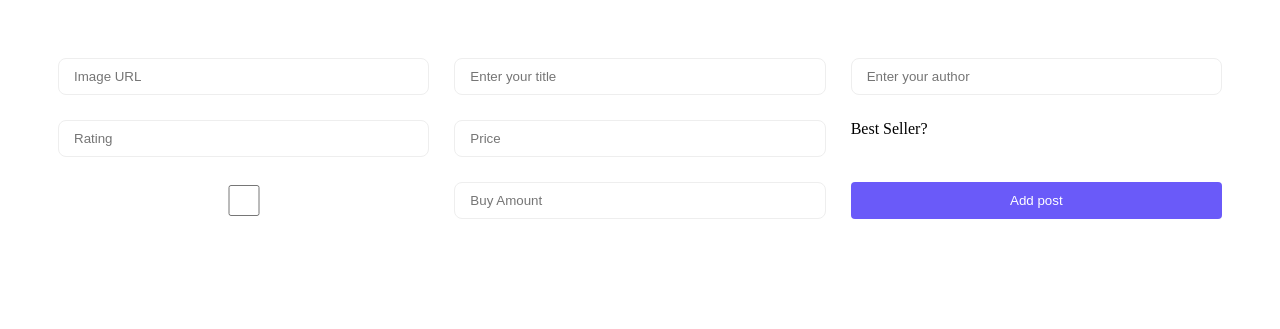
Repository: thuan711/All-about-JS
Page: api/api.html
The author's editor kept a copy of each file at every save. The page is drawn from the files as they stood at one save, then again after the next save.
The browser window is 1280 px wide. The pictures show the whole page.
The page's requests for data from a server got no answer.

Above is the page before, as saved 2023-01-23 09:52:03.
Console error: TypeError: Cannot read properties of null (reading 'addEventListener')

### api/api.html
<!DOCTYPE html>
<html lang="en">
<head>
    <meta charset="UTF-8">
    <meta http-equiv="X-UA-Compatible" content="IE=edge">
    <meta name="viewport" content="width=device-width, initial-scale=1.0">
    <title>Document</title>
    <!-- <style>
        .joke {
            display: flex;
            flex-direction: column;
            justify-content: center;
            align-items: center;
            padding: 100px 50px;
            border-radius: 8px;
            border: 1px solid #eee;
          }
          .joke-heading {
            font-size: 30px;
            font-weight: 500;
            line-height: 1.5;
            margin-bottom: 30px;
            text-align: center;
          }
          .joke-button {
            border: 0;
            outline: none;
            display: block;
            cursor: pointer;
            padding: 0 30px;
            border-radius: 8px;
            color: white;
            background-color: #20e3b2;
            position: relative;
            height: 55px;
            width: 100%;
            max-width: 200px;
          }
          .loader {
            width: 20px;
            height: 20px;
            border: 3px solid white;
            border-left: 3px solid transparent;
            border-radius: 50%;
            position: absolute;
            top: 50%;
            left: 50%;
            transform: translate(-50%, -50%);
            animation: spin 1s infinite linear forwards;
            display: none;
          }
          @keyframes spin {
            to {
              transform: translate(-50%, -50%) rotate(360deg);
            }
          }
          .joke.is-loading .joke-button {
            opacity: 0.5;
            pointer-events: none;
          }
          .joke.is-loading .joke-button .loader {
            display: block;
          }
          .joke.is-loading .joke-button span {
            display: none;
          }
    </style> -->
    <style>
        .images {
            padding: 50px;
            display: grid;
            grid-template-columns: repeat(4, 1fr);
            grid-gap: 25px;
          }
          .image-item {
            height: 220px;
            padding: 10px;
            border-radius: 10px;
            background-color: white;
            border: 1px solid #eee;
          }
          .image-item img {
            width: 100%;
            height: 100%;
            object-fit: cover;
          }
          .load-more {
            display: block;
            width: max-content;
            padding: 15px 30px;
            border-radius: 4px;
            color: white;
            background-color: #6a5af9;
            border: 0;
            margin: 25px auto;
          }
          .image-loader {
            position: fixed;
            top: 50%;
            left: 50%;
            transform: translate(-50%, -50%);
            animation: spin 1s infinite linear forwards;
            width: 50px;
            height: 50px;
            border: 5px solid #6a5af9;
            border-right: 5px solid transparent;
            border-radius: 50%;
          }
          @keyframes spin {
            to {
              transform: translate(-50%, -50%) rotate(360deg);
            }
          }
          /*json placeholder*/
          .form-post {
            display: grid;
            grid-template-columns: 1fr 1fr 1fr;
            gap: 25px;
            padding: 50px;
          }
          .form-post input {
            padding: 10px 15px;
            border: 1px solid #eee;
            border-radius: 8px;
          }
          .form-post button {
            background-color: #6a5af9;
            color: white;
            border: 0;
            outline: none;
            padding: 10px 15px;
            border-radius: 4px;
          }
          .course-list {
            display: grid;
            grid-template-columns: repeat(4, 1fr);
            grid-gap: 25px;
            padding: 25px;
          }
          .course-image {
            height: 300px;
            position: relative;
          }
          .course-remove {
            display: inline-block;
            padding: 10px;
            cursor: pointer;
            background-color: #ff6651;
            color: white;
            border: none;
            outline: none;
            position: absolute;
            right: 10px;
            top: 10px;
          }
          .course-remove i {
            pointer-events: none;
          }
          .course-image img {
            border-radius: 8px;
            width: 100%;
            height: 100%;
            object-fit: cover;
          }
          .course-title {
            margin-top: 10px;
            margin-bottom: 10px;
            line-height: 1.25;
            font-weight: 500;
          }
          .course-author {
            font-size: 13px;
            color: #999;
            font-weight: 300;
            margin-bottom: 15px;
          }
          .course-best-seller {
            display: inline-block;
            padding: 10px 15px;
            color: #ff6651;
            background-color: #ff655113;
          }
          .course-meta {
            display: flex;
            align-items: center;
            margin-bottom: 15px;
            gap: 0 10px;
          }
          .course-enroll {
            font-size: 13px;
            color: #999;
            font-weight: 300;
          }
    </style>

</head>
<body>
    <!-- <div class="joke">
        <h1 class="joke-heading"></h1>
        <button class="joke-button">
            <div class="loader"></div>
            <span>Get random joke</span>
          </button>

    </div> -->
    <!-- <div class="username"></div> -->

    <!-- <div class="images">
        <div class="image-loader"></div>
        <img src="https://source.unsplash.com/random" alt="">
    </div>
    <button class="load-more">Load more</button> -->
    <!-- <form class="form-post">
        <input type="text" name="title" placeholder="Enter your title">
        <input type="text" name="author" placeholder="Enter your author"/>
        <button type="submit">Add post</button>
    </form>
    <script src="./placeholder.js"></script> -->
    <form class="form-post">
        <input type="text" name="image" placeholder="Image URL">
        <input type="text" name="title" placeholder="Enter your title">
        <input type="text" name="author" placeholder="Enter your author">
        <input type="number" name="rating" placeholder="Rating" min="1" max="5">
        <input type="number" name="price" placeholder="Price">
        <label for="best-seller">Best Seller?</label>
        <input type="checkbox" name="bestSeller">
        <input type="number" name="buyAmount" placeholder="Buy Amount">
        <button type="submit">Add post</button>
    </form>
    <div class="course-list">

    </div>
    <script src="./placeholder.js"></script>
</body>
</html>

### api/placeholder.js
// // async function addPost(title, author){
// //     const response = await fetch('http://localhost:3000/posts', {
// //     method: "POST",
// //     body: JSON.stringify({

// //         title,
// //         author,

// //     }),
// //     headers: {
// //         'Content-type': 'application/json; charset=UTF-8',
// //     },
// //     })
// //     .then((response) => response.json())
// //     .then((json) => console.log(json));
// //     console.log(response);
// //     return response;
// // }
// // const formPost = document.querySelector(".form-post");
// // formPost.addEventListener("submit", function(e){
// //     e.preventDefault();
// //     const title = this.elements["title"].value;
// //     const author = this.elements["author"].value;
// //     addPost(title, author);
// // })
// // const course = {
// //     image: "",
// //     title: "",
// //     author: "",
// //     rating: "",
// //     price: "",
// //     bestSeller: "",
// //     buyAmount: "",
// // }
// const endPoint = "http://localhost:3000/posts";
// const courseList = document.querySelector(".course-list");
// const formSubmit = document.querySelector(".form-submit");
// const filterInput = document.querySelector(".filter");
// async function addNewCourse({
//     image,
//     title,
//     author,
//     rating,
//     price,
//     bestSeller,
//     buyAmount,
// }) {
//     await fetch(endPoint, {
//         method: "POST",
//         body: JSON.stringify({
//             image,
//             title,
//             author,
//             rating,
//             price,
//             bestSeller,
//             buyAmount,
//         }),
//         headers: {
//             'Content-type': 'application/json; charset=UTF-8',
//         },
//     })
// }
// function renderItem(item) {
//     const template = `<div class="course-item">
//     <div class="course-image">
//       <img src="${item.image}" alt="" />
//       <button class="course-edit" data-id="${
//         item.id
//       }"><i class="fa fa-pencil" style="pointer-events: none;"></i></button>
//       <button class="course-remove" data-id="${
//         item.id
//       }"><i class="fa fa-times"></i></button>
//     </div>
//     <div class="course-content">
//       <h3 class="course-title">
//         ${item.title}
//       </h3>
//       <div class="course-author">${item.author}</div>
//       <div class="course-meta">
//         <div class="course-rating">${item.rating}</div>
//         <div class="course-enroll">${item.buyAmount}</div>
//       </div>
//       ${
//         item.bestSeller ? '<div class="course-best-seller">Best seller</div>' : ""
//       }
//     </div>`;
//     courseList.insertAdjacentHTML("beforeend", template);
// }

// async function getCourses(){
//     const response = await fetch(endPoint);
//     const data = await response.json();
//     if(data.length>0 && Array.isArray(data)){
//         data.forEach((item) =>  renderItem(item));

//     }
// }
// const formPost = document.querySelector(".form-post");
// formPost.addEventListener("submit",async function(e){
//     e.preventDefault();
//     const course = {
//         title: this.elements["title"].value,
//         author: this.elements["author"].value,
//         rating: this.elements["rating"].value,
//         price: this.elements["price"].value,
//         bestSeller: this.elements["bestSeller"].checked,
//         image: this.elements["image"].value,
//         buyAmount: this.elements["buyAmount"].value,
//     }
//     await addNewCourse(course);
//     this.reset;
// });

// const {image, title, author, rating...addPost.} = course;
const endpoint = "http://localhost:3456/courses";
const courseList = document.querySelector(".course-list");
const formPost = document.querySelector(".form-post");
const formSubmit = document.querySelector(".form-submit");
const filterInput = document.querySelector(".filter");
let updateId = null;
// git clone
function debounceFn(func, wait, immediate) {
  let timeout;
  return function () {
    let context = this,
      args = arguments;
    let later = function () {
      timeout = null;
      if (!immediate) func.apply(context, args);
    };
    let callNow = immediate && !timeout;
    clearTimeout(timeout);
    timeout = setTimeout(later, wait);
    if (callNow) func.apply(context, args);
  };
}

filterInput.addEventListener(
  "keydown",
  debounceFn(function (e) {
    let path = endpoint;
    if (e.target.value !== "") {
      path = `${endpoint}?title_like=${e.target.value}`;
    }
    getCourses(path);
  }, 500)
);

async function addNewCourse({
  image,
  title,
  author,
  rating,
  price,
  bestSeller,
  buyAmount,
}) {
  await fetch(endpoint, {
    method: "POST",
    body: JSON.stringify({
      image,
      title,
      author,
      rating,
      price,
      bestSeller,
      buyAmount,
    }),
    headers: {
      "Content-type": "application/json; charset=UTF-8",
    },
  });
}
async function updateCourse({
  id,
  image,
  title,
  author,
  rating,
  price,
  bestSeller,
  buyAmount,
}) {
  await fetch(`${endpoint}/${id}`, {
    method: "PUT",
    body: JSON.stringify({
      image,
      title,
      author,
      rating,
      price,
      bestSeller,
      buyAmount,
    }),
    headers: {
      "Content-type": "application/json; charset=UTF-8",
    },
  });
}

async function deleteCourse(id) {
  await fetch(`${endpoint}/${id}`, {
    method: "DELETE",
  });
}
async function getSingleCourse(id) {
  const response = await fetch(`${endpoint}/${id}`);
  const data = await response.json();
  return data;
}

function renderItem(item) {
  const template = `<div class="course-item">
  <div class="course-image">
    <img src="${item.image}" alt="" />
    <button class="course-edit" data-id="${
      item.id
    }"><i class="fa fa-pencil" style="pointer-events: none;"></i></button>
    <button class="course-remove" data-id="${
      item.id
    }"><i class="fa fa-times"></i></button>
  </div>
  <div class="course-content">
    <h3 class="course-title">
      ${item.title}
    </h3>
    <div class="course-author">${item.author}</div>
    <div class="course-meta">
      <div class="course-rating">${item.rating}</div>
      <div class="course-enroll">${item.buyAmount}</div>
    </div>
    ${
      item.bestSeller ? '<div class="course-best-seller">Best seller</div>' : ""
    }
  </div>`;
  courseList.insertAdjacentHTML("beforeend", template);
}

async function getCourses(link = endpoint) {
  const response = await fetch(link);
  const data = await response.json();
  courseList.innerHTML = "";
  if (data.length > 0 && Array.isArray(data)) {
    data.forEach((item) => renderItem(item));
  }
}

formPost.addEventListener("submit", async function (e) {
  e.preventDefault();
  const course = {
    title: this.elements["title"].value,
    author: this.elements["author"].value,
    rating: +this.elements["rating"].value,
    price: +this.elements["price"].value,
    image: this.elements["image"].value,
    bestSeller: this.elements["bestSeller"].checked,
    buyAmount: +this.elements["buyAmount"].value,
  };
  console.log(updateId);
  updateId
    ? await updateCourse({ id: updateId, ...course })
    : await addNewCourse(course);
  this.reset();
  await getCourses();
  updateId = null;
  formSubmit.textContent = "Add course";
});

courseList.addEventListener("click", async function (e) {
  if (e.target.matches(".course-remove")) {
    const id = +e.target.dataset.id;
    await deleteCourse(id);
    await getCourses();
  } else if (e.target.matches(".course-edit")) {
    const id = +e.target.dataset.id;
    const data = await getSingleCourse(id);
    formPost.elements["image"].value = data.image;
    formPost.elements["title"].value = data.title;
    formPost.elements["author"].value = data.author;
    formPost.elements["rating"].value = data.rating;
    formPost.elements["price"].value = data.price;
    formPost.elements["bestSeller"].checked = data.bestSeller;
    formPost.elements["buyAmount"].value = data.buyAmount;
    formSubmit.textContent = "Update course";
    updateId = id;
  }
});

getCourses();
// json-server --watch db.json
/**
 * Course
 * image
 * title
 * author
 * rating
 * price
 * bestSeller
 * buyAmount
 */

After the next save:
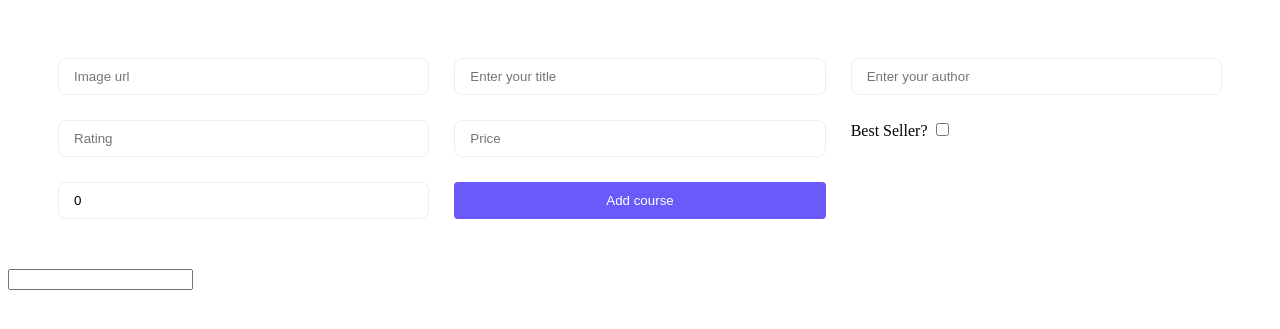
The error is gone.
Saved 117 s later.
--- a/api/api.html
+++ b/api/api.html
@@ -216,7 +216,7 @@
         <button type="submit">Add post</button>
     </form>
     <script src="./placeholder.js"></script> -->
-    <form class="form-post">
+    <!-- <form class="form-post">
         <input type="text" name="image" placeholder="Image URL">
         <input type="text" name="title" placeholder="Enter your title">
         <input type="text" name="author" placeholder="Enter your author">
@@ -229,7 +229,99 @@
     </form>
     <div class="course-list">
 
-    </div>
+    </div> -->
+    <form class="form-post" autocomplete="off">
+        <input type="text" name="image" placeholder="Image url" required />
+        <input type="text" name="title" placeholder="Enter your title" required />
+        <input
+          type="text"
+          name="author"
+          placeholder="Enter your author"
+          required
+        />
+        <input
+          type="text"
+          name="rating"
+          placeholder="Rating"
+          min="1"
+          max="5"
+          required
+        />
+        <input type="text" name="price" placeholder="Price" min="1" required />
+        <div>
+          <label for="best-seller">Best Seller?</label>
+          <input type="checkbox" name="bestSeller" id="best-seller" />
+        </div>
+        <input type="text" name="buyAmount" placeholder="Buy amount" value="0" />
+        <button type="submit" class="form-submit">Add course</button>
+      </form>
+      <input type="text" class="filter" name="filter" />
+      <div class="course-list">
+        <!-- <div class="course-item">
+          <div class="course-image">
+            <img src="https://source.unsplash.com/random" alt="" />
+          </div>
+          <div class="course-content">
+            <h3 class="course-title">
+              Lorem ipsum dolor sit amet consectetur adipisicing elit.
+            </h3>
+            <div class="course-author">Evondev</div>
+            <div class="course-meta">
+              <div class="course-rating">5</div>
+              <div class="course-enroll">1000</div>
+            </div>
+            <div class="course-best-seller">Best seller</div>
+          </div>
+        </div>
+        <div class="course-item">
+          <div class="course-image">
+            <img src="https://source.unsplash.com/random" alt="" />
+          </div>
+          <div class="course-content">
+            <h3 class="course-title">
+              Lorem ipsum dolor sit amet consectetur adipisicing elit.
+            </h3>
+            <div class="course-author">Evondev</div>
+            <div class="course-meta">
+              <div class="course-rating">5</div>
+              <div class="course-enroll">1000</div>
+            </div>
+            <div class="course-best-seller">Best seller</div>
+          </div>
+        </div>
+        <div class="course-item">
+          <div class="course-image">
+            <img src="https://source.unsplash.com/random" alt="" />
+          </div>
+          <div class="course-content">
+            <h3 class="course-title">
+              Lorem ipsum dolor sit amet consectetur adipisicing elit.
+            </h3>
+            <div class="course-author">Evondev</div>
+            <div class="course-meta">
+              <div class="course-rating">5</div>
+              <div class="course-enroll">1000</div>
+            </div>
+            <div class="course-best-seller">Best seller</div>
+          </div>
+        </div>
+        <div class="course-item">
+          <div class="course-image">
+            <img src="https://source.unsplash.com/random" alt="" />
+          </div>
+          <div class="course-content">
+            <h3 class="course-title">
+              Lorem ipsum dolor sit amet consectetur adipisicing elit.
+            </h3>
+            <div class="course-author">Evondev</div>
+            <div class="course-meta">
+              <div class="course-rating">5</div>
+              <div class="course-enroll">1000</div>
+            </div>
+            <div class="course-best-seller">Best seller</div>
+          </div>
+        </div> -->
+      </div>
     <script src="./placeholder.js"></script>
 </body>
 </html>
